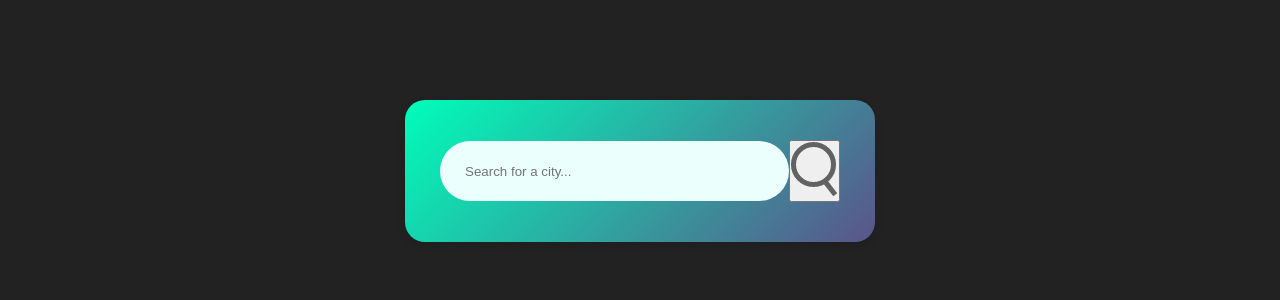
Repository: Abdelilah-Lakrim/Weather-App
Page: index.html
An editor plug-in stored every save of this project. The page is shown before and after a run of saves, followed by the edit.
The browser window is 1280 px wide. The pictures show the whole page.

Above is the page before, as saved 2025-06-17 11:06:33.

After the next 11 saves:
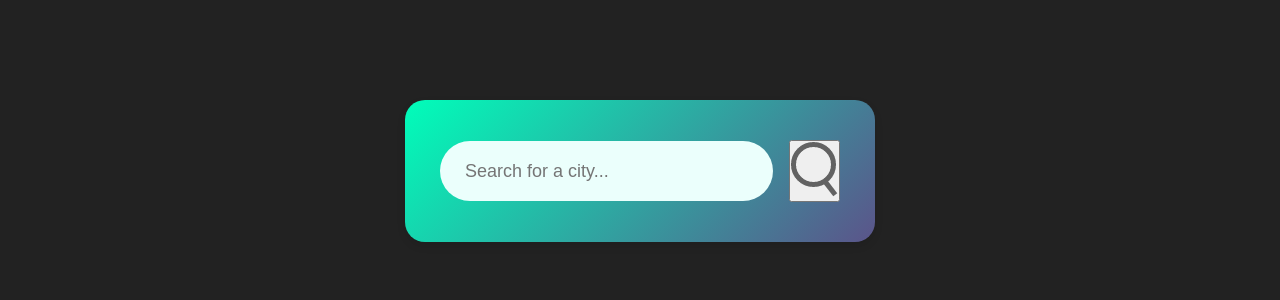
The 11 saves are shown as one change because they came seconds apart.
The last was saved 24 s later.
--- a/style.css
+++ b/style.css
@@ -37,4 +37,6 @@ body{
     height: 60px;
     border-radius: 30px;
     flex: 1;
-    margin
+    margin-right: 16px;
+    font-size: 18px;
+}
